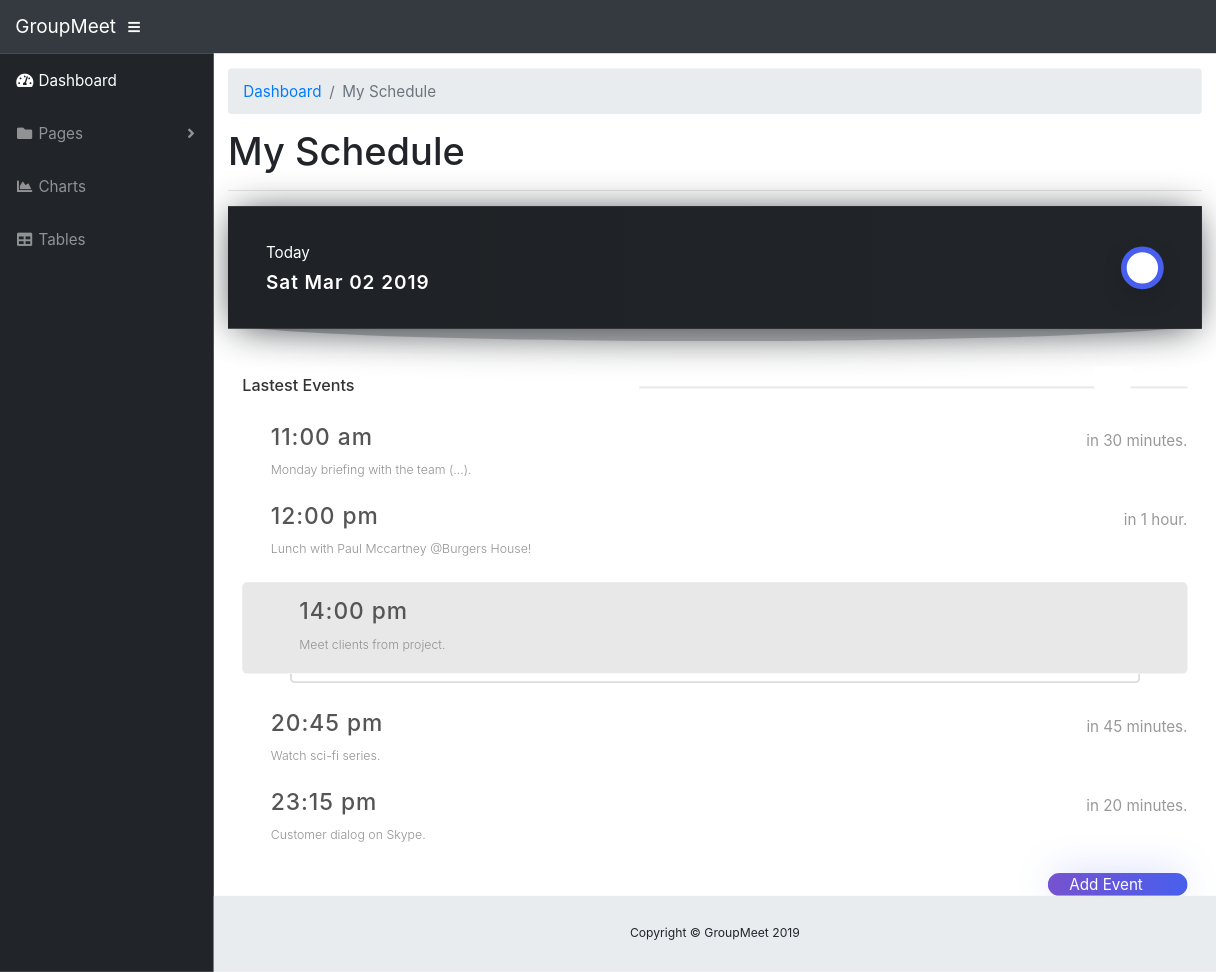
Repository: Map2g/GroupMeet
Page: messing_around.html
The author's editor kept a record of every edit. The page is drawn from the files as they stood at one moment, then again after the next edit.
The browser window is 1280 px wide. The pictures show the whole page, at 95% of full size.

Above is the page before.

### messing_around.html
<!DOCTYPE html>
  <meta charset="utf-8">
  <meta http-equiv="X-UA-Compatible" content="IE=edge">
  <meta name="viewport" content="width=device-width, initial-scale=1, shrink-to-fit=no">
  <meta name="description" content="">
  <meta name="author" content="">

  <title>SB Admin - Dashboard</title>

  <!-- Custom fonts for this template-->
  <link href="vendor/fontawesome-free/css/all.min.css" rel="stylesheet" type="text/css">

  <!-- Page level plugin CSS-->
  <link href="vendor/datatables/dataTables.bootstrap4.css" rel="stylesheet">
  <link href="calendar.css" rel="stylesheet">

  <!-- Custom styles for this template-->
  <link href="css/sb-admin.css" rel="stylesheet">

</head>

<body id="page-top">

  <nav class="navbar navbar-expand navbar-dark bg-dark static-top">

    <a class="navbar-brand mr-1" href="index.html">GroupMeet</a>

    <button class="btn btn-link btn-sm text-white order-1 order-sm-0" id="sidebarToggle" href="#">
      <i class="fas fa-bars"></i>
    </button>

    <!-- Navbar Search
    <form class="d-none d-md-inline-block form-inline ml-auto mr-0 mr-md-3 my-2 my-md-0">
      <div class="input-group">
        <input type="text" class="form-control" placeholder="Search for..." aria-label="Search" aria-describedby="basic-addon2">
        <div class="input-group-append">
          <button class="btn btn-primary" type="button">
            <i class="fas fa-search"></i>
          </button>
        </div>
      </div>
    </form>

    <!-- Navbar
    <ul class="navbar-nav ml-auto ml-md-0">
      <li class="nav-item dropdown no-arrow mx-1">
        <a class="nav-link dropdown-toggle" href="#" id="alertsDropdown" role="button" data-toggle="dropdown" aria-haspopup="true" aria-expanded="false">
          <i class="fas fa-bell fa-fw"></i>
          <span class="badge badge-danger">9+</span>
        </a>
        <div class="dropdown-menu dropdown-menu-right" aria-labelledby="alertsDropdown">
          <a class="dropdown-item" href="#">Action</a>
          <a class="dropdown-item" href="#">Another action</a>
          <div class="dropdown-divider"></div>
          <a class="dropdown-item" href="#">Something else here</a>
        </div>
      </li>
      <li class="nav-item dropdown no-arrow mx-1">
        <a class="nav-link dropdown-toggle" href="#" id="messagesDropdown" role="button" data-toggle="dropdown" aria-haspopup="true" aria-expanded="false">
          <i class="fas fa-envelope fa-fw"></i>
          <span class="badge badge-danger">7</span>
        </a>
        <div class="dropdown-menu dropdown-menu-right" aria-labelledby="messagesDropdown">
          <a class="dropdown-item" href="#">Action</a>
          <a class="dropdown-item" href="#">Another action</a>
          <div class="dropdown-divider"></div>
          <a class="dropdown-item" href="#">Something else here</a>
        </div>
      </li>
      <li class="nav-item dropdown no-arrow">
        <a class="nav-link dropdown-toggle" href="#" id="userDropdown" role="button" data-toggle="dropdown" aria-haspopup="true" aria-expanded="false">
          <i class="fas fa-user-circle fa-fw"></i>
        </a>
        <div class="dropdown-menu dropdown-menu-right" aria-labelledby="userDropdown">
          <a class="dropdown-item" href="#">Settings</a>
          <a class="dropdown-item" href="#">Activity Log</a>
          <div class="dropdown-divider"></div>
          <a class="dropdown-item" href="#" data-toggle="modal" data-target="#logoutModal">Logout</a>
        </div>
      </li>
    </ul>-->

  </nav>

  <div id="wrapper">

    <!-- Sidebar -->
    <ul class="sidebar navbar-nav">
      <li class="nav-item active">
        <a class="nav-link" href="index.html">
          <i class="fas fa-fw fa-tachometer-alt"></i>
          <span>Dashboard</span>
        </a>
      </li>
      <li class="nav-item dropdown">
        <a class="nav-link dropdown-toggle" href="#" id="pagesDropdown" role="button" data-toggle="dropdown" aria-haspopup="true" aria-expanded="false">
          <i class="fas fa-fw fa-folder"></i>
          <span>Pages</span>
        </a>
        <div class="dropdown-menu" aria-labelledby="pagesDropdown">
          <h6 class="dropdown-header">Login Screens:</h6>
          <a class="dropdown-item" href="login.html">Login</a>
          <a class="dropdown-item" href="register.html">Register</a>
          <a class="dropdown-item" href="forgot-password.html">Forgot Password</a>
          <div class="dropdown-divider"></div>
          <h6 class="dropdown-header">Group Management:</h6>
          <a class="dropdown-item" href="register_group.html">Create a Group</a>
          <a class="dropdown-item" href="blank.html">View Group</a>
        </div>
      </li>
      <li class="nav-item">
        <a class="nav-link" href="charts.html">
          <i class="fas fa-fw fa-chart-area"></i>
          <span>Charts</span></a>
      </li>
      <li class="nav-item">
        <a class="nav-link" href="tables.html">
          <i class="fas fa-fw fa-table"></i>
          <span>Tables</span></a>
      </li>
    </ul>

    <div id="content-wrapper">

      <div class="container-fluid">

        <!-- Breadcrumbs-->
        <ol class="breadcrumb">
          <li class="breadcrumb-item">
            <a href="index.html">Dashboard</a>
          </li>
          <li class="breadcrumb-item active">My Schedule</li>
        </ol>

        <!-- Page Content -->
        <h1>My Schedule</h1>
        <hr>

         <!--======= Today =======-->

   <section class="today-box" id="today-box">
      <span class="breadcrumb2">Today</span>  <!--Doesn't work right-->
      <h3 class="date-title"><script>document.write(new Date().toDateString());</script></h3>
      <div class="plus-icon">
         <i class="ion ion-ios-add"></i>
      </div>
   </section>

   <!--======= Upcoming Events =======-->

   <section class="upcoming-events">
      <div class="container">
         <h3>
            Lastest Events

         </h3>
         <div class="events-wrapper">
            <div class="event">
               <i class="ion ion-ios-flame hot"></i>
               <h4 class="event__point">11:00 am</h4>
               <span class="event__duration">in 30 minutes.</span>
               <p class="event__description">
                  Monday briefing with the team (...).
               </p>
            </div>
            <div class="event">
               <i class="ion ion-ios-flame done"></i>
               <h4 class="event__point">12:00 pm</h4>
               <span class="event__duration">in 1 hour.</span>
               <p class="event__description">
                  Lunch with Paul Mccartney @Burgers House!
               </p>
            </div>
            <div class="event active">
               <i class="ion ion-ios-radio-button-on icon-in-active-mode"></i>
               <h4 class="event__point">14:00 pm</h4>
               <p class="event__description">
                  Meet clients from project.
               </p>
            </div>
            <div class="event">
               <i class="ion ion-ios-flame-outline upcoming"></i>
               <h4 class="event__point">20:45 pm</h4>
               <span class="event__duration">in 45 minutes.</span>
               <p class="event__description">
                  Watch sci-fi series.
               </p>
            </div>
            <div class="event">
               <i class="ion ion-ios-flame-outline upcoming"></i>
               <h4 class="event__point">23:15 pm</h4>
               <span class="event__duration">in 20 minutes.</span>
               <p class="event__description">
                  Customer dialog on Skype.
               </p>
            </div>
         </div>
         <button class="add-event-button">
            <span class="add-event-button__title">Add Event</span>

            <span class="add-event-button__icon">
               <i class="ion ion-ios-star-outline"></i>
            </span>


         </button>
      </div>
   </section>


      </div>
      <!-- /.container-fluid -->

      <!-- Sticky Footer -->
      <footer class="sticky-footer">
        <div class="container my-auto">
          <div class="copyright text-center my-auto">
            <span>Copyright © GroupMeet 2019</span>
          </div>
        </div>
      </footer>

    </div>
    <!-- /.content-wrapper -->

  </div>
  <!-- /#wrapper -->

  <!-- Scroll to Top Button-->
  <a class="scroll-to-top rounded" href="#page-top">
    <i class="fas fa-angle-up"></i>
  </a>

  <!-- Logout Modal-->
  <div class="modal fade" id="logoutModal" tabindex="-1" role="dialog" aria-labelledby="exampleModalLabel" aria-hidden="true">
    <div class="modal-dialog" role="document">
      <div class="modal-content">
        <div class="modal-header">
          <h5 class="modal-title" id="exampleModalLabel">Ready to Leave?</h5>
          <button class="close" type="button" data-dismiss="modal" aria-label="Close">
            <span aria-hidden="true">×</span>
          </button>
        </div>
        <div class="modal-body">Select "Logout" below if you are ready to end your current session.</div>
        <div class="modal-footer">
          <button class="btn btn-secondary" type="button" data-dismiss="modal">Cancel</button>
          <a class="btn btn-primary" href="login.html">Logout</a>
        </div>
      </div>
    </div>
  </div>

  <!-- Bootstrap core JavaScript-->
  <script src="vendor/jquery/jquery.min.js"></script>
  <script src="vendor/bootstrap/js/bootstrap.bundle.min.js"></script>

  <!-- Core plugin JavaScript-->
  <script src="vendor/jquery-easing/jquery.easing.min.js"></script>

  <!-- Custom scripts for all pages-->
  <script src="js/sb-admin.min.js"></script>

</body>

</html>

### calendar.css

html {
   box-sizing: border-box;
}

*, *:before, *:after {
   box-sizing: inherit;
}

* {
   outline: 0;
}

/*body {
   background: linear-gradient(45deg, rgb(19, 73, 95), rgb(118, 75, 226), rgb(131, 115, 198), rgb(119, 211, 185));
   background-attachment: fixed;
   height:100vh;
   padding: 3rem 0;
   margin: 0;
   color: #555;
   font: {
      family: 'Lato', sans-serif;
      size: 14px;
   }
}*/

.container {
   width: 90%;
   margin: auto;
}

.mobile-wrapper {
   background: #fff;
   /* relative with .today-box::before*/
   z-index: 1;  /*positive*/ // PARENT
   position: relative;
   /*---------*/
   width: 380px;
   min-height: 100%;
   margin: auto;
   padding: 10px 0 20px;
   border-radius: 10px;
   box-shadow: 0px 10px 30px -10px #000;
   overflow: hidden;

}

/*.header {
   padding-bottom: 15px;
   margin-bottom: 40px;
   .container {
      position: relative;
      span {
         color: #444;
         font: {
            family: 'Ramabhadra';
            size: 21px;
            weight: 700;
         }
      }
      h1 {
         margin-top: 5px;
         color: #919294;
         font: {
            size: 13px;
            weight: 300;
         }
      }

      .menu-toggle {
         width: 25px;
         height: 25px;
         background: #fff;
         padding: 24px;
         border-radius: 50%;
         direction: rtl;
         display: flex;
         align-items: center;
         justify-content: center;
         box-shadow: 0px 10px 30px -14px #000;
         position: absolute;
         top: 0;
         right: 0;
         cursor: pointer;
         span {
            display: block;
            width: 25px;
            height: 2px;
            background: #777;
            border-radius: 2px;
            transition: all 300ms ease;
            &:not(:last-child) {
               margin-bottom: 5px;
            }
            &:first-child {
               width: 20px;
            }
            &:last-child {
               width: 15px;
            }
         }
         &:hover span:first-child,
         &:hover span:last-child {
            width: 100%;
         }
      }
      &::before {
         content: "";
         display: block;
         width: 0;
         height: 0;
         border: 6px solid transparent;
         border-left-color: #e8e8e8;
         position: absolute;
         bottom: -13px;
         right: 0px;
      }
      &::after {
         content: "";
         display: block;
         width: calc(100% - 10px);
         height: 2px;
         background-color: #e8e8e8;
         position: relative;
         top: 8px;
      }
   }
}*/

.today-box {
   background: linear-gradient(to left, #212529, rgba(0, 0, 0, 0.075)), #212529;
   color: #FFF;
   padding: 37px 40px;
   position: relative;
   box-shadow: 0px 0px 40px -9px #212529;
   margin-bottom: 50px;
   &::before {
      content: "";
      background: linear-gradient(to left, #212529, rgba(0, 0, 0, 0.075)), #212529;
      opacity: 0.4;
      z-index: -1; // CHILD /*negative*/ /* relative with .mobile-wrapper it's his parent background*/
      display: block;
      width: 100%;
      height: 40px;
      margin: auto;
      position: absolute;
      bottom: -13px;
      left: 50%;
      transform: translatex(-50%);
      border-radius: 50%;
      box-shadow: 0px 0px 40px 0 #212529;
   }
   .breadcrumb {
      font-weight: 300;
      position: relative;
      &::after {
         content: "\f3d1";
         font-family: 'Ionicons';
         vertical-align: middle;
         font-size: 12px;
         font-weight: 100;
         display: inline-block;
         color: #fff;
         text-align: center;
         position: absolute;
         left: 45px;
         top: 3px;
      }
   }
   .date-title {
      font-size: 20px;
      margin: 7px 0 0 0;
      letter-spacing: 1px;
      font-weight: 600;
      text-shadow: 0px 0px 5px  rgba(#000, 0.15);

   }
   .plus-icon {
      border: 2px solid rgba(#FFF, 0.6);
      border-radius: 50%;
      box-shadow: 0px 10px 30px -14px #000;
      position: absolute;
      top: 50%;
      transform: translateY(-50%);
      right: 40px;
      cursor: pointer;
      transition: all 350ms ease;
      transition-timing-function: cubic-bezier(0.05,1.8,1,1.57);
      &:hover {
         transform: translateY(-40%);
      }
      i {
         font-size: 22px;
         font-weight: 700;
         background: #fff;
         color: #777;
         width: 45px;
         height: 45px;
         border: 6px solid #485fed;
         border-radius: 50%;
         display: flex;
         align-items: center;
         justify-content: center;
      }
      &:active {
         top: 52%;
         transform: translatey(-52%);
         right: 38px;
         box-shadow: 0px 8px 30px -14px #000;

      }
   }
}


.upcoming-events {
   .container {
      h3 {
         color: #333;
         font-size: 17px;
         margin-bottom: 30px;
         position: relative;
         &::before {
            content: "";
            display: block;
            width: 58%;
            height: 2px;
            background-color: #e8e8e8;
            position: absolute;
            top: 60%;
            transform: translatey(-60%);
            right: 0;
         }
         &::after {
            content: "\f3ff";
            font-family: 'Ionicons';
            color: rgba(0, 0, 0, 0.1);
            vertical-align: middle;
            font-size: 36px;
            font-weight: 100;
            display: inline-block;
            background: #fff;
            color: #919294;
            width: 38px;
            text-align: center;
            position: absolute;
            right: 60px;
            top: -10px;
         }
      }
      .events-wrapper {
         margin-bottom: 30px;
         .event {
            position: relative;
            margin-bottom: 25px;
            padding-left:30px;
            cursor: pointer;
            i {
               font-size: 24px;
               font-weight: 100;
               position: absolute;
               left: 0;
               top: -4px;
            }
            .event__point {
               margin: 0;
               color: #555;
               font: {
                  size: 15px;
                  weight: 800;
               }
               letter-spacing: 1px;
            }
            .event__duration {
               position: absolute;
               top: 5px;
               right: 0;
               color: #999;
               font: {
                  size: 10px;
                  weight: 800;
                  style: italic;
               }
            }
            .event__description {
               margin-top: 10px;
               color: #919294;
               font-size: 13px;
               font-weight: 300;

            }
            &.active {
               background: #e8e8e8;
               padding: 17px 0 5px 60px;
               margin-bottom: 38px;
               border-radius: 5px;
               &::after {
                  content:"";
                  display: block;
                  width: 90%;
                  height: 10px;
                  background: #fff;
                  border: 2px solid #ddd;
                  border-top:0;
                  border-radius: 0 0 5px 5px;
                  position: absolute;
                  bottom: -10px;
                  left: 50%;
                  transform: translatex(-50%);
               }
               i {
                  position: absolute;
                  left: 25px;
                  top: 17px;
               }
               .event__description {
                  &::before,
                  &::after {
                     content: "\f3d1";
                     font-family: 'Ionicons';
                     font-size: 32px;
                     display: inline-block;
                     color: #919294;
                     text-align: center;
                     position: absolute;
                     right: 30px;
                     top: 50%;
                     transform: translateY(-50%);
                     cursor: pointer;
                  }
                  &::before {
                     right: 45px;
                     font-size: 22px;
                     transition: all 550ms ease;
                     transition-timing-function: cubic-bezier(0.05,1.8,1,1.57);
                  }
               }
               &:hover .event__description::before {
                  transform: translate(15px, -12px);
               }
            }
         }
      }
   }
}


.hot {
   color: #ee6b51;
}

.done {
   color: #999 !important;
}

.icon-in-active-mode {
   color: #43ff28;
   font-size: 20px !important;
}

.upcoming {
   font-weight: bold;
   color: #777

}


.add-event-button {
   display: flex;
   align-items: center;
   margin-left: auto;
   border: 0;
   padding: 0;
   background: linear-gradient(to left, #485fed, rgba(255, 44, 118, .25)), #485fed;
   border-radius: 50px;
   cursor: pointer;
   box-shadow: 0px 0px 40px -9px #485fed;
   &:active {
      position: relative;
      top: 2px;
      left: 2px;
   }
   .add-event-button__title{
      color: #FFF;
      padding: 0 18px 0 23px;
      text-shadow: 0px 0px 5px  rgba(#000, 0.2);
      font: {
         family: 'Lato';
         size: 15px;
         weight: 600;
      }
   }
   .add-event-button__icon {
      display: inline-block;
      background: rgba(#FFF, 0.1);
      padding: 0 17px 0 12px;
      height: 100%;
      i {
         margin: 0;
         color: #fff;
         font-size: 25px;
         padding: 13px 0;
      }
   }
}

Loaded but not shown: vendor/fontawesome-free/css/all.min.css (library); vendor/datatables/dataTables.bootstrap4.css (library); css/sb-admin.css (library); vendor/jquery/jquery.min.js (library); vendor/bootstrap/js/bootstrap.bundle.min.js (library); vendor/jquery-easing/jquery.easing.min.js (common file); js/sb-admin.min.js (common file)

After the next edit:
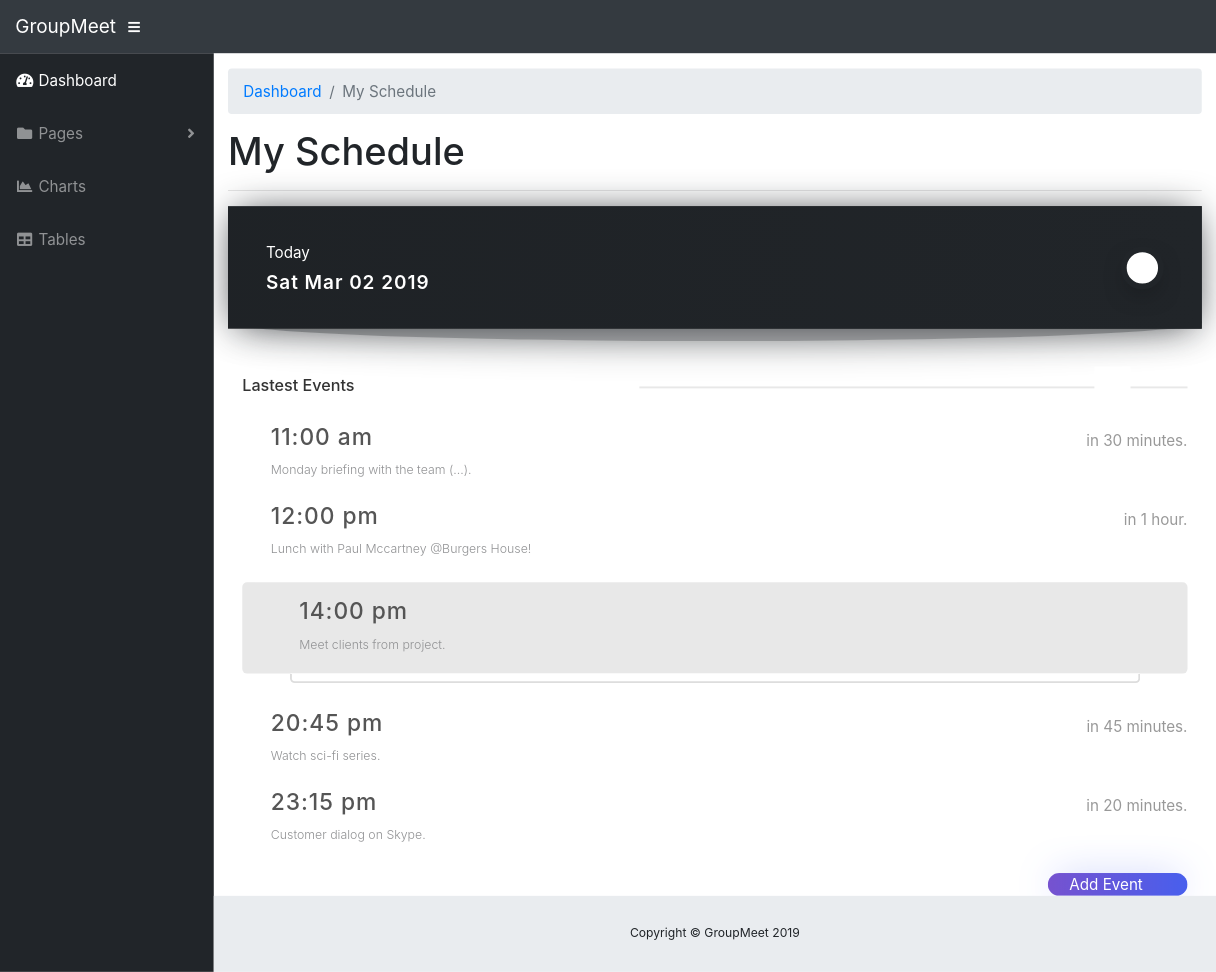
The edit:
--- a/calendar.css
+++ b/calendar.css
@@ -196,7 +196,7 @@
          color: #777;
          width: 45px;
          height: 45px;
-         border: 6px solid #485fed;
+         border: 6px solid #212529;
          border-radius: 50%;
          display: flex;
          align-items: center;
